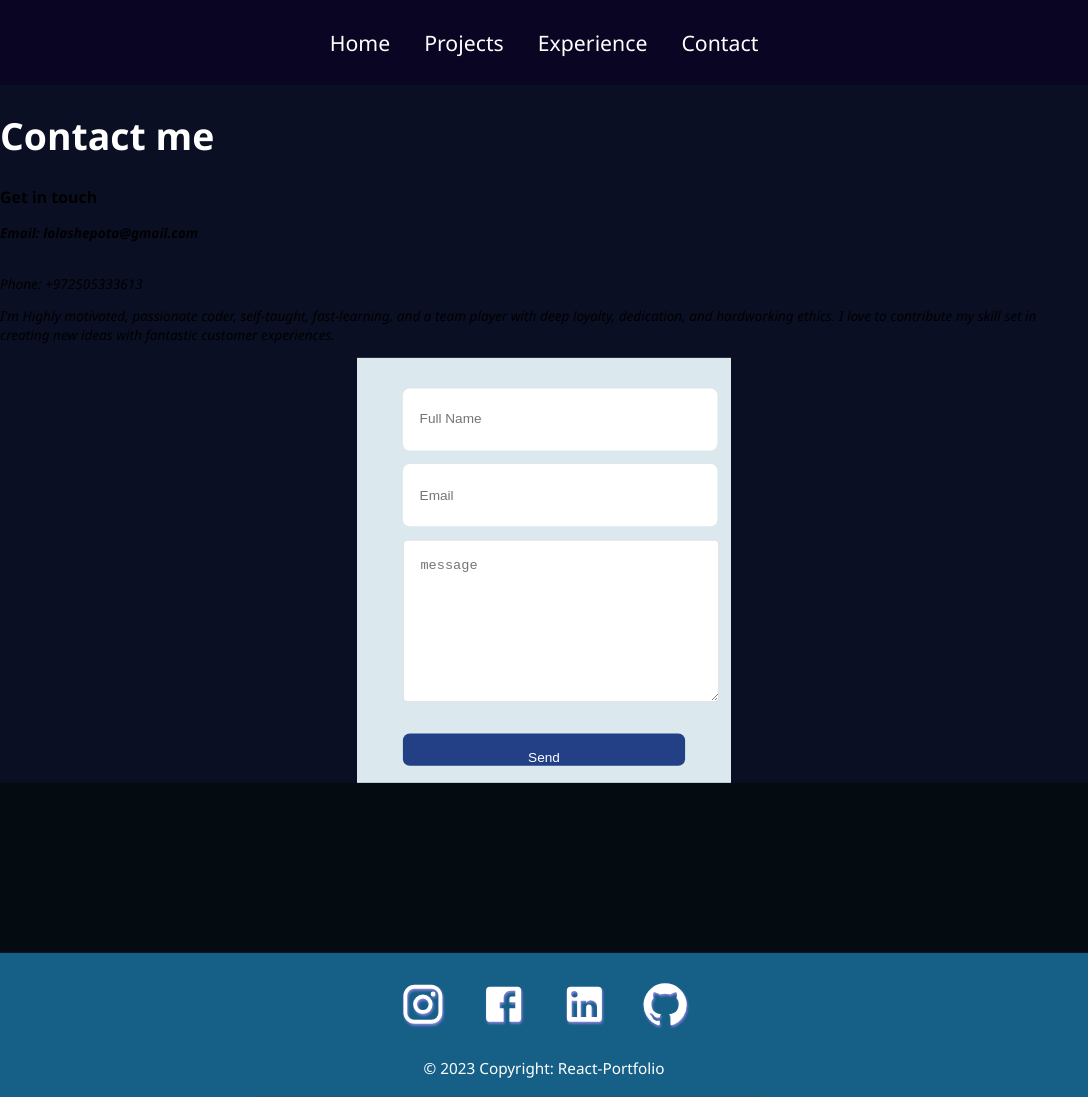
Repository: LolaSL/react-portfolio
Page: /contact
These files come from the project's save history. The page is drawn as it stood at one moment and after the next save; the edit follows.
The browser window is 1280 px wide. The pictures show the whole page, at 85% of full size.
The project was rebuilt for these pictures with package versions that can differ from the ones it lists, and the page was loaded fresh each time. Some packages were replaced by stand-ins written for this rebuild. Also part of the build but not shown: src/pages/Home/Style.css, src/pages/Home/Home.jsx, src/components/ProjectItem/Style.css, src/components/ProjectItem/ProjectItem.jsx, src/helpers/ProjectList.js, src/pages/Projects/Style.css, src/pages/Projects/Projects.jsx, src/pages/Experience/Style.css and 2 more.

Above is the page before, as saved 2023-09-27 18:01:39.

### src/App.js
import './App.css';
import { BrowserRouter as Router, Routes, Route } from 'react-router-dom';
import Home from './pages/Home/Home.jsx';
import Projects from './pages/Projects/Projects.jsx';
import Experience from './pages/Experience/Experience.jsx';
import Navbar from "./components/Navbar/Navbar.jsx";
import Footer from './components/Footer/Footer.jsx';
import ProjectDetail from './pages/ProjectDetail/ProjectDetail';
import Contact from './pages/Contact/Contact';


function App() {
  return (
    <div className="App">
      <Router>
      <Navbar />
        <Routes>
          <Route path="/" element={<Home />} />
          <Route path="/projects" element={<Projects />} />
          <Route path="/project/:id" element={<ProjectDetail />} />
          <Route path="/experience" element={<Experience />} />
          <Route path="/contact" element ={<Contact/>}/>
        </Routes>
        <Footer />
      </Router>
    </div>
  );
}

export default App;

### src/App.css
.App {
  width: 100%;
  height: auto;
  display: flex;
  flex-direction: column;
  font-family:'Segoe UI', Tahoma, Geneva, Verdana, sans-serif;
  background-color: #040b11;
}

body {
  margin: 0;
  padding: 0;
}

### src/components/Navbar/Navbar.jsx
import React, { useEffect, useState } from "react";
import { Link, useLocation } from "react-router-dom";
import DehazeIcon from "@mui/icons-material/Dehaze";
import "./Style.css";

const Navbar = () => {
  const [expandNavbar, setExpandNavbar] = useState(false);
  const location = useLocation();
  useEffect(() => {
    setExpandNavbar(false);
  }, [location]);
  return (
    <div className="navbar" id={expandNavbar ? "open" : "close"}>
      <div className="toggleButton">
        <button
          onClick={() => {
            setExpandNavbar((prev) => !prev);
          }}
        >
          <DehazeIcon />
        </button>
      </div>
      <div className="links">
        <Link to="/"> Home </Link>
        <Link to="/projects"> Projects </Link>
        <Link to="/experience"> Experience </Link>
        <Link to="/contact"> Contact </Link>
      </div>
    </div>
  );
};

export default Navbar;

### src/components/Footer/Footer.jsx
import React from "react";
import { Link } from "react-router-dom";
import InstagramIcon from "@mui/icons-material/Instagram";
import FacebookIcon from "@mui/icons-material/Facebook";
import LinkedInIcon from "@mui/icons-material/LinkedIn";
import GitHubIcon from "@mui/icons-material/GitHub";
import "./Style.css";

const Footer = () => {
  return (
    <div className="footer">
      <div className="socialMedia">
        <Link to="https://www.instagram.com">
          <InstagramIcon />
        </Link>
        <Link to="https://www.facebook.com">
          <FacebookIcon />
        </Link>
        <Link to="https://www.linkedin.com/in/lola-s-2aba6340-lo">
          <LinkedInIcon />
        </Link>
        <Link to="https://github.com">
          <GitHubIcon />
        </Link>
      </div>
      <div className="copyright">
        <p>&copy; {new Date().getFullYear()} Copyright: React-Portfolio</p>
      </div>
    </div>
  );
};

export default Footer;

### src/pages/Contact/Contact.jsx
import React, { useRef } from "react";
import emailjs from "@emailjs/browser";
import { Container, Row, Col } from "react-bootstrap";
import { contactConfig } from "./contactConfig";
import "./Style.css";

const ContactForm = () => {
  const form = useRef();

  const sendEmail = (e) => {
    e.preventDefault();

    emailjs.sendForm("MY_SERVICE", "MY-TEMPLATE", form.current, "MY-KEY").then(
      (result) => {
        console.log(result.text);
        console.log("message sent");
      },
      (error) => {
        console.log(error.text);
      }
    );
  };
  return (
    <Container>
      <Row>
        <Col>
          {" "}
          <h1 classname="display-4 mb-4">Contact me</h1>
        </Col>
      </Row>
      <Row className="sec-sp">
        <Col lg="5" classname="mb-5">
          <h3 className="color_sec py-4">Get in touch</h3>
          <address>
            <strong>Email: lolashepota@gmail.com</strong>
            <br />
            <br />
            <p>Phone: +972505333613</p>
            <p>{contactConfig.description}</p>
          </address>
        </Col>
        <Col lg="7" className="d-flex align-items-center">
          <form ref={form} onSubmit={sendEmail} className="contact-form w-100">
            <Row className="mb-4">
              <Col lg="6" className="form-group">
                <input
                  type="text"
                  id="user_name"
                  name="user_name"
                  className="form-control "
                  placeholder="Full Name"
                />
              </Col>
              <Col lg="6" className="form-group">
                <input
                  type="email"
                  id="user_email"
                  name="user_email"
                  className="form-control"
                  placeholder="Email"
                />
              </Col>
              <textarea
                name="message"
                id="message"
                className="form-control rounded-0"
                placeholder="message"
              />
              <input type="submit" value="Send" disabled={true} />
            </Row>
          </form>
        </Col>
      </Row>
    </Container>
  );
};

export default ContactForm;

### src/components/Navbar/Style.css
.navbar {
  width: 100%;
  height: 100px;
  background: #0a0523;
}

.links {
  width: 100%;
  height: 100%;
  display: flex;
  align-items: center;
  justify-content: center;
  color: white;
}

.navbar a {
  color: white;
  text-decoration: none;
  margin: 20px;
  font-size: 25px;
}

.toggleButton {
  width: 100%;
  height: 100px;
  display: flex;
  align-items: center;
  justify-content: flex-end;
}

.toggleButton svg {
  font-size: 50px;
}
.toggleButton button {
  margin-right: 20px;
  padding: 8px;
  background-color: transparent;
  border: none;
  color: white;
  cursor: pointer;
}

#open {
  height: 100vh;
}

#open .links {
  flex-direction: column;
  justify-content: flex-start;
  margin-top: 100px;
}

#open a {
  width: 100%;
  text-align: center;
}

@media only screen and (max-width: 900px) {
  .navbar a {
    width: 600px;
  }
}

@media only screen and (max-width: 600px) {
  .toggleButton {
    display: flex;
  }
  #close a {
    display: none;
  }
}

@media only screen and (min-width: 600px) {
  .toggleButton {
    display: none;
  }

  .hiddenLinks {
    display: none;
  }

  #open {
    height: 100px;
  }

  #open .links {
    flex-direction: row;
  }
}

### src/components/Footer/Style.css
.footer {
    width: 100%;
    height: 155px;
    background: #166088;
    display: flex;
    justify-content: center;
    align-items: center;
    flex-direction: column;
    padding-top: 10px;
    margin-top: 200px;
    position: related;
    bottom: 0;
    left: 0;
    right: 0;
  }
  .footer{
    height: 22vh;
  }
  .socialMedia svg{
    color: white;
    margin: 20px;
    font-size: 55px;
    cursor: pointer;
    margin-bottom: 10px;
  }
  .socialMedia svg:hover{
    color: #e76972;
    margin: 20px;
    font-size: 55px;
    cursor: pointer;
    margin-bottom: 10px;
    background-color: transparent;
    transition: all ease 0.3s;
    border: none;
    text-shadow: 0 0 0.625em #d83535;
  }
.copyright p{
    color: white;
    font-size: 18px;
  }

  @media only screen and (max-width: 600px) {
    .footer svg {
      font-size: 50px;
    }
    .copyright p{
      font-size: 16px;
    }
  }

### src/pages/ProjectDetail/Style.css
.project {
  width: 100%;
    height: auto;
    display: flex;
    justify-content: center;
    align-items: center;
    flex-direction: column;
    color: #3e497a;
}

.project  h1 {
  text-align: center;
  color: #3e497a;
  font-size:50px;
  font-weight: bolder;
  margin-top: 30px

}
.project img {
  max-width: 700px;
  border-radius: 10px;
  margin-bottom: 40px;
}

.project h3 {
  font-size: 1.7rem;
  color: #3e497a;
  padding: 50px;
  text-align: justify;
}
a {
  text-decoration: none;
  color: rgb(11, 37, 185);
  font-weight: normal;
  font-size: 24px;
}
a:hover {
  text-decoration: none;
   color: #e76972;
  font-weight: bold;
  transition: all ease 0.3s;
  font-size: 24px;
  cursor: pointer;
  text-shadow: 0 0 0.625em #d83535;
}
.project svg {
  font-size: 60px;
  color: #3e497a;
}
.project svg:hover {
  color: #2d2d84;
  cursor: pointer;
}
svg {
  filter: drop-shadow(1px 2px 1px rgb(144, 130, 227));
}
@media only screen and (max-width: 1300px) {
  .project img {
    max-width: 500px;
    border-radius: 8px;
  }
  .project h1 {
    font-size: 1.8rem;
  }
  .project h3 {
    font-size: 1.4rem;
  }
}

@media only screen and (max-width: 800px) {
  .project img {
    max-width: 374px;
    border-radius: 6px;
  }
  .project h1 {
    font-size:37px;
    text-align: center;
    color: #3e497a;
  }
  .project h3 {
    font-size: 1.3rem;
  }

}

### src/pages/Contact/contactConfig.js
// const contactConfig = {
//     description: "I'm Highly motivated, passionate coder, self-taught, fast-learning, and a team player with deep loyalty, dedication, and hardworking ethics. I love to contribute my skill set in creating new ideas with fantastic customer experiences."
// }
// export {
//     contactConfig
// }
const logotext = 'Lola Shepota';
const meta = {
    title: 'Lola Shepota',
    description:
        "I'm Highly motivated, passionate coder, Full-Stact Junior. ",
};

const introdata = {
    title: 'I’m John Doe',
    animated: {
        first: 'I love coding',
        second: "I'm creating new ideas with fantastic customer experiences",
        third: 'A team player with deep loyalty',
    },
    description:
        "I'm self-taught, fast-learning, and  dedication, and hardworking ethics. I love contributing my skills to code websites.",
    your_img_url: 'https://avatars.githubusercontent.com/u/67796082?v=4',
};

const dataabout = {
    title: 'About my self',
    aboutme:
        'Lorem ipsum dolor sit amet, consectetur adipiscing elit. Praesent quis dolor id ligula semper elementum feugiat pretium nulla. Nunc non commodo dolor. Nunc mollis dignissim facilisis. Morbi ut magna ultricies.',
};
const worktimeline = [
    {
        jobtitle: 'Designer of week',
        where: 'YAdfi',
        date: '2020',
    },
    {
        jobtitle: 'Designer of week',
        where: 'Jamalya',
        date: '2019',
    },
    {
        jobtitle: 'Designer of week',
        where: 'ALquds',
        date: '2019',
    },
];



const services = [
    {
        title: 'UI & UX Design',
        description:
            'Lorem ipsum dolor sit amet, consectetur adipiscing elit. Sed at nisl euismod urna bibendum sollicitudin.',
    },
    {
        title: 'Mobile Apps',
        description:
            'Lorem ipsum dolor sit amet, consectetur adipiscing elit. Sed at nisl euismod urna bibendum sollicitudin.',
    },
    {
        title: 'Wordpress Design',
        description:
            'Lorem ipsum dolor sit amet, consectetur adipiscing elit. Sed at nisl euismod urna bibendum sollicitudin.',
    },
];

const contactConfig = {
    YOUR_EMAIL: 'lolashepota@gmail.com',
    YOUR_FONE: '(555)123-4567',
    description:
        "I'm Highly motivated, passionate coder, self-taught, fast-learning, and a team player with deep loyalty, dedication, and hardworking ethics. I love to contribute my skill set in creating new ideas with fantastic customer experiences.",
    YOUR_SERVICE_ID: 'service_id',
    YOUR_TEMPLATE_ID: 'template_id',
    YOUR_USER_ID: 'user_id',
};


export {
    meta,
    dataabout,
    worktimeline,
    services,
    introdata,
    contactConfig,
    logotext,
};

### src/pages/Contact/Style.css
.container {
  background-color:#0b0f23
}
.contact-form {
  max-width: 400px;
  margin: 0 auto;
  padding: 20px;
  background-color: #dbe9ee;
  display: flex;
  flex-direction: column;
  align-items: center;
  color: #1e3183;
  font-size: 18px;
  font-weight: 600;


}
h1{
  font-size: 44px;
 color: white;


}
  input {
    width: 100%;
    height: 35px;
    padding: 9px;
    outline: none;
    border-radius: 5px;
    border: 1px solid rgb(220, 220, 220);

    &:focus {
      border: 2px solid rgba(0, 206, 158, 1);
    }
  }
  input,
  textarea {
    width: 100%;
    font-size: 1rem;
    padding: 1.2rem;
    color: grey;
    background-color: dark;
    outline: none;
    border: none;
    border-radius: 8px;
    margin-top: 1rem;
  }
  textarea {
   width: 100%;
    max-height: 100px;
    border-radius: 8px;
    padding: 1.2rem;
    outline: none;
    border-radius: 5px;
    border: 1px solid rgb(220, 220, 220);
    min-height:150px;
    resize: vertical;
    &:focus {
      border: 2px solid rgba(0, 206, 158, 1);
    }
  }

  input[type="submit"] {
    margin-top: 2rem;
    cursor: pointer;
    background: #233f86;
    color: white;
    border: none;
    width: 100%;
  }
  input:hover[type="submit"] {
    margin-top: 2rem;
    cursor: pointer;
    background: #e76972;
    color: white;
    border: none;
  }

/*
  .form-group {
    width: 100%;
    margin-bottom: 2rem;
  }
  label {
    font-size: 1.8rem;
  }
  input,
  textarea {
    width: 100%;
    font-size: 2rem;
    padding: 1.2rem;
    color: var(--gray-1);
    background-color: var(--deep-dark);
    outline: none;
    border: none;
    border-radius: 8px;
    margin-top: 1rem;
  }
  textarea {
    min-height: 250px;
    resize: vertical;
  }
  button[type='submit'] {
    background-color: var(--gray-1);
    color: var(--black);
    font-size: 2rem;
    display: inline-block;
    outline: none;
    border: none;
    padding: 1rem 4rem;
    border-radius: 8px;
    cursor: pointer;
  } */

Loaded but not shown: public/index.html (common file); src/index.js (common file); src/reportWebVitals.js (common file)

After the next save:
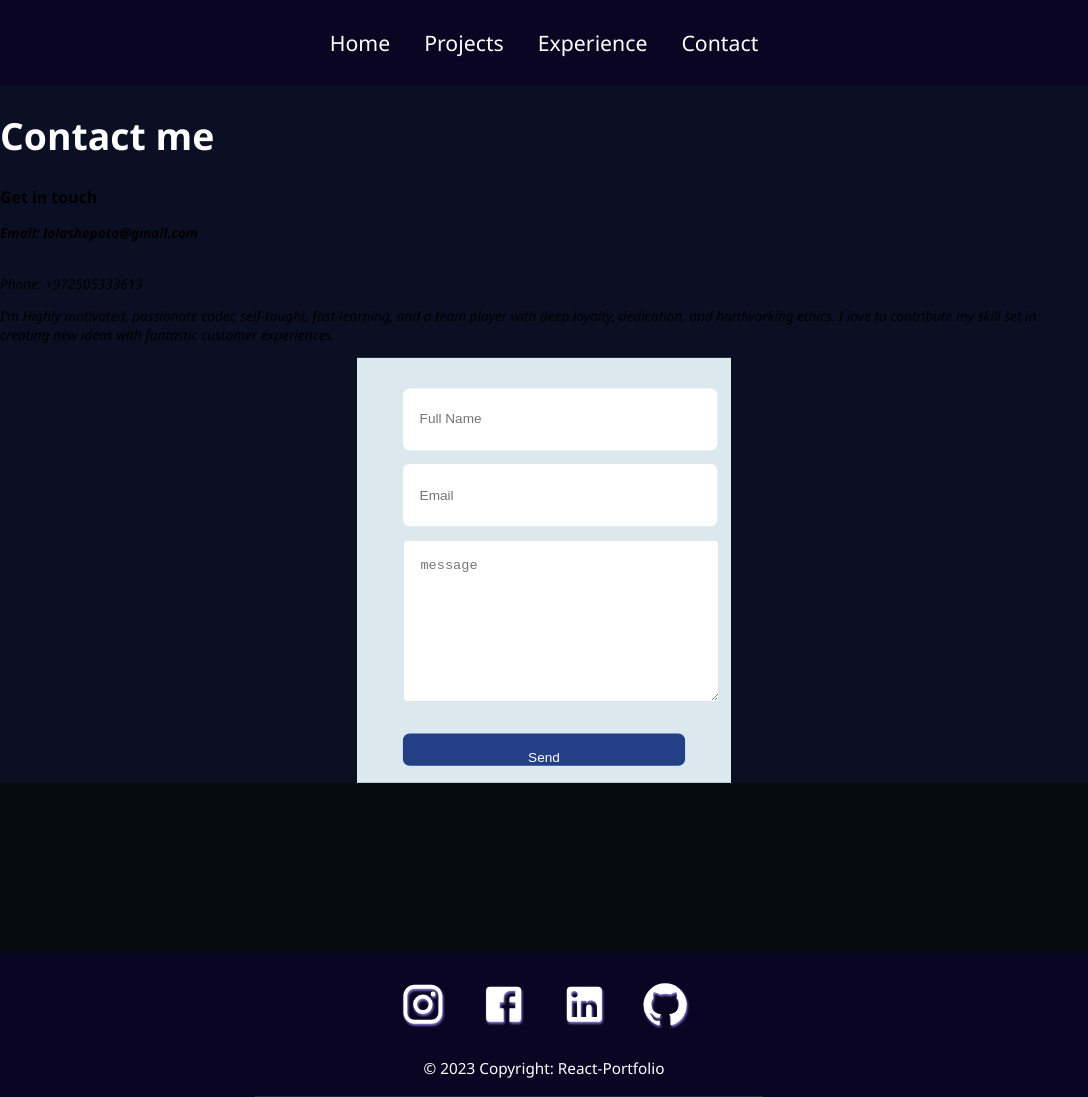
Saved 29 s later.
--- a/src/components/Footer/Style.css
+++ b/src/components/Footer/Style.css
@@ -1,7 +1,7 @@
 .footer {
     width: 100%;
     height: 155px;
-    background: #166088;
+    background: #0a0523;
     display: flex;
     justify-content: center;
     align-items: center;
